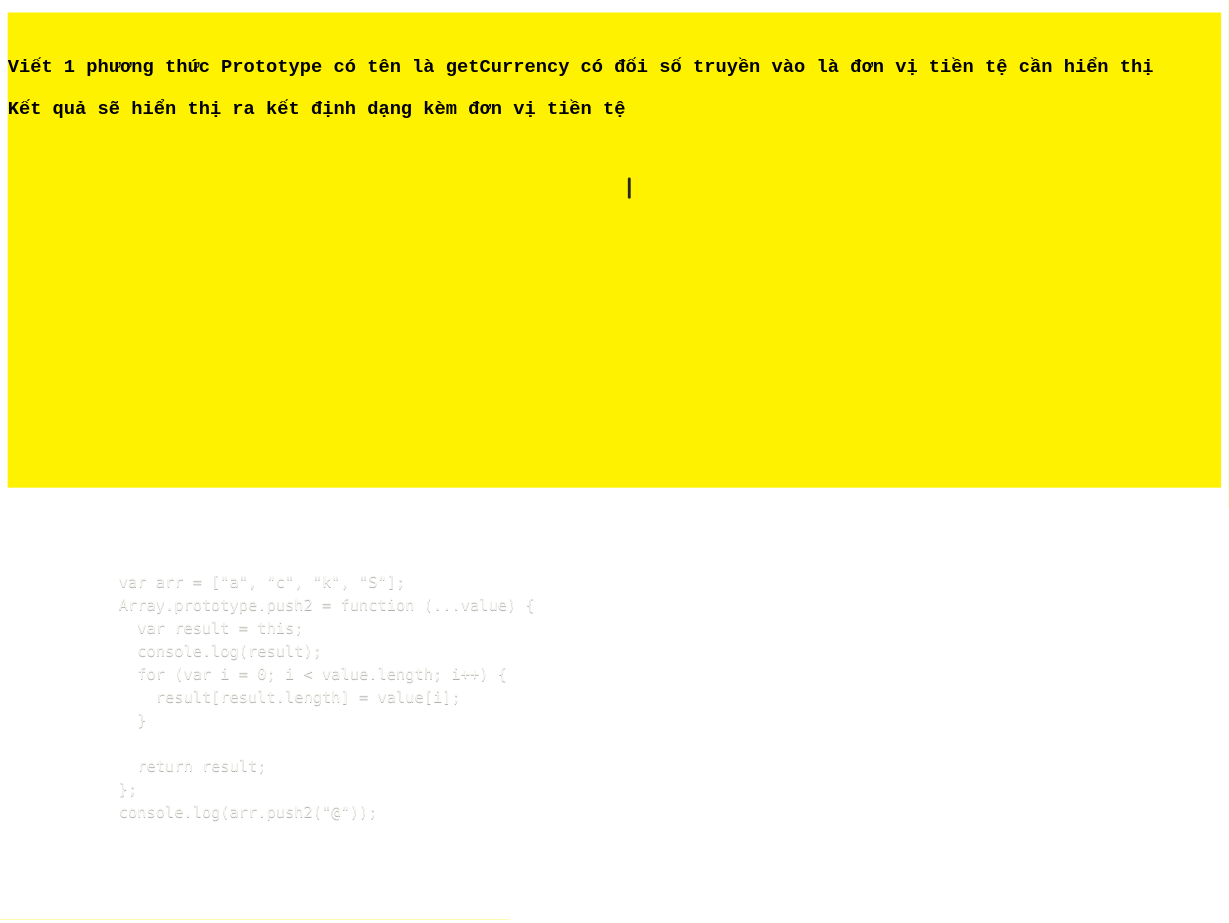
Repository: Dongnguyen318/Quydong
Page: Day 22.1/ex03.html
The author's editor kept a copy of each file at every save. The page is drawn from the files as they stood at one save, then again after the next save.
The browser window is 1280 px wide. The pictures show the whole page, at 96% of full size.

Above is the page before, as saved 2023-09-05 23:16:53.

After the next save:
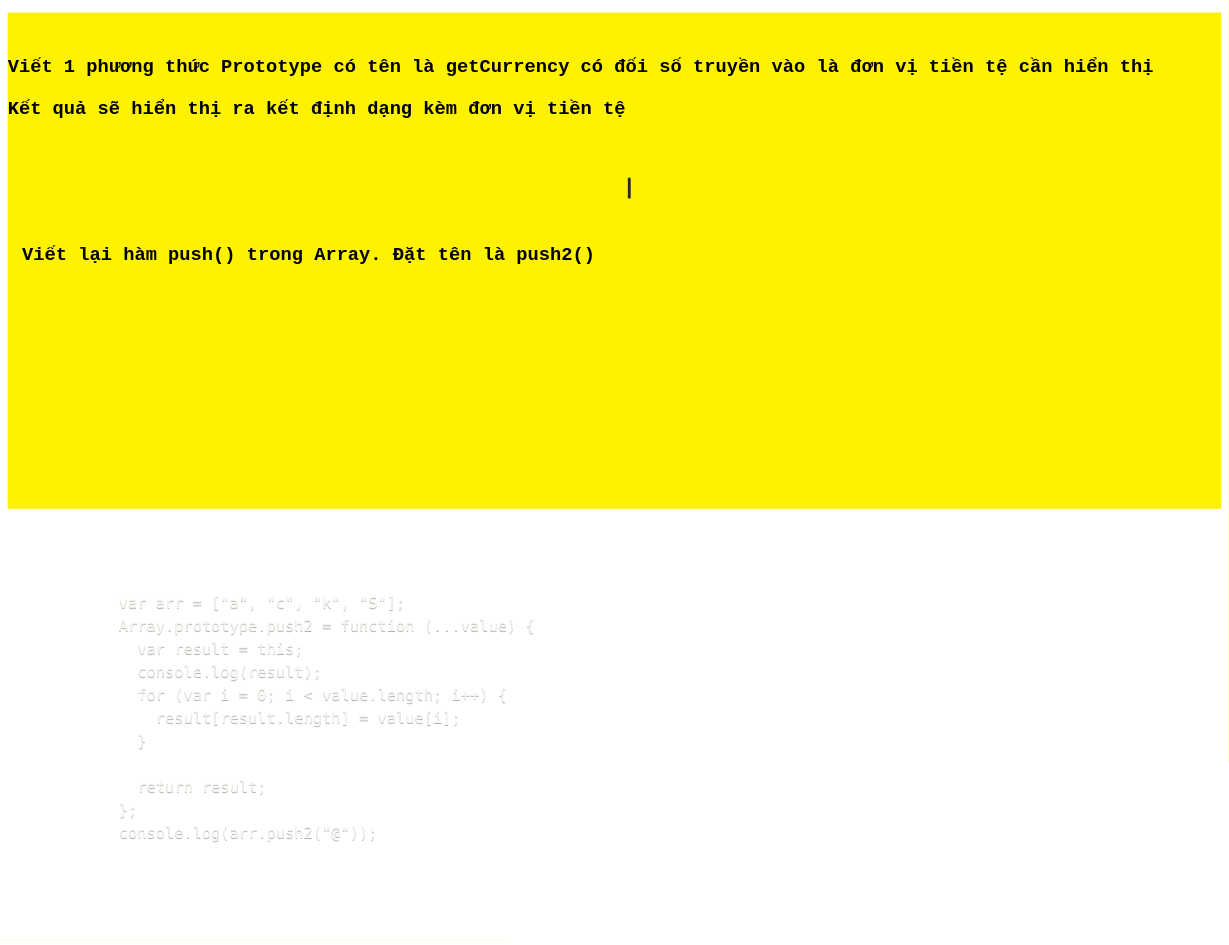
Saved 12 s later.
--- a/Day 22.1/ex03.html
+++ b/Day 22.1/ex03.html
@@ -19,7 +19,7 @@ Kết quả sẽ hiển thị ra kết định dạng kèm đơn vị tiền t
 <p style="text-align: center;">
     <code class="language-js">
     </code>
-    <h2 style="padding: 15px;" ></h2>
+    <h2 style="padding: 15px;" >Viết lại hàm push() trong Array. Đặt tên là push2()</h2>
     <pre>
         <code class="language-js" >
         </code>
